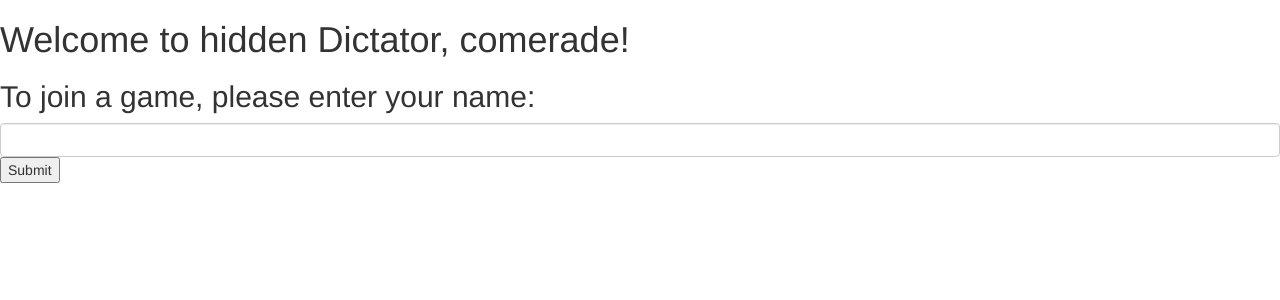
Repository: a2call/HiddenDictator
Page: http://localhost/ch.dnisler.hiddendictator/
These files come from the project's save history. The page is drawn as it stood at one moment and after the next save; the edit follows.
The browser window is 1280 px wide. The pictures show the whole page.
The page is served by Tomcat 9. Other server files are loaded and not shown.

Above is the page before, as saved 2016-02-22 09:35:50.
Console error (its wording comes from the project's code and is left out).

### workspace_m122/ch.dnisler.hiddendictator/WebContent/index.jsp
<%@page import="ch.dnisler.hiddendictator.Util"%>
<%@ page language="java" contentType="text/html; charset=ISO-8859-1"
	pageEncoding="ISO-8859-1"%>

<!DOCTYPE html PUBLIC "-//W3C//DTD HTML 4.01 Transitional//EN" "http://www.w3.org/TR/html4/loose.dtd">
<%@ taglib prefix="c" uri="http://java.sun.com/jsp/jstl/core"%>
<html>
<head>
<!-- Latest compiled and minified CSS -->
<link rel="stylesheet"
	href="https://maxcdn.bootstrapcdn.com/bootstrap/3.3.6/css/bootstrap.min.css"
	integrity="sha384-1q8mTJOASx8j1Au+a5WDVnPi2lkFfwwEAa8hDDdjZlpLegxhjVME1fgjWPGmkzs7"
	crossorigin="anonymous">

<!-- Optional theme -->
<link rel="stylesheet"
	href="https://maxcdn.bootstrapcdn.com/bootstrap/3.3.6/css/bootstrap-theme.min.css"
	integrity="sha384-fLW2N01lMqjakBkx3l/M9EahuwpSfeNvV63J5ezn3uZzapT0u7EYsXMjQV+0En5r"
	crossorigin="anonymous">

<!-- Latest compiled and minified JavaScript -->
<script
	src="https://maxcdn.bootstrapcdn.com/bootstrap/3.3.6/js/bootstrap.min.js"
	integrity="sha384-0mSbJDEHialfmuBBQP6A4Qrprq5OVfW37PRR3j5ELqxss1yVqOtnepnHVP9aJ7xS"
	crossorigin="anonymous"></script>
<meta http-equiv="Content-Type" content="text/html; charset=ISO-8859-1">
<title>Hidden Dictator</title>
</head>
<body>
	<%
		String p = Util.getPage(session);
	%>
	<jsp:include page='<%="includes/" + p + ".jsp"%>' />
	<%

	%>
</body>
</html>

### workspace_m122/ch.dnisler.hiddendictator/WebContent/includes/home.jsp
<h1>Welcome to hidden Dictator, comerade!</h1>
<h2>To join a game, please enter your name:</h2>
<form method="get" action="util.jsp">
	<input class="form-control" type="text" /> <input type="submit" />
</form>

### workspace_m122/ch.dnisler.hiddendictator/src/ch/dnisler/hiddendictator/Util.java
package ch.dnisler.hiddendictator;

import javax.servlet.http.HttpSession;

public class Util {
	public static String getPage(HttpSession session){
		if(session.getAttribute("status") == "registered"){
			return "registered";
		}else{
			return "home";
		}
	}
}

After the next save:
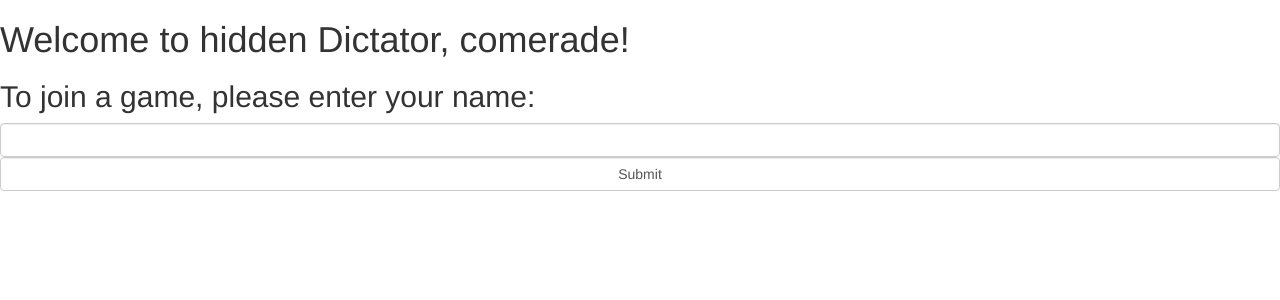
Saved 5 s later.
--- a/workspace_m122/ch.dnisler.hiddendictator/WebContent/includes/home.jsp
+++ b/workspace_m122/ch.dnisler.hiddendictator/WebContent/includes/home.jsp
@@ -1,5 +1,6 @@
 <h1>Welcome to hidden Dictator, comerade!</h1>
 <h2>To join a game, please enter your name:</h2>
 <form method="get" action="util.jsp">
-	<input class="form-control" type="text" /> <input type="submit" />
+	<input class="form-control" type="text" /> <input class="form-control"
+		type="submit" />
 </form>
